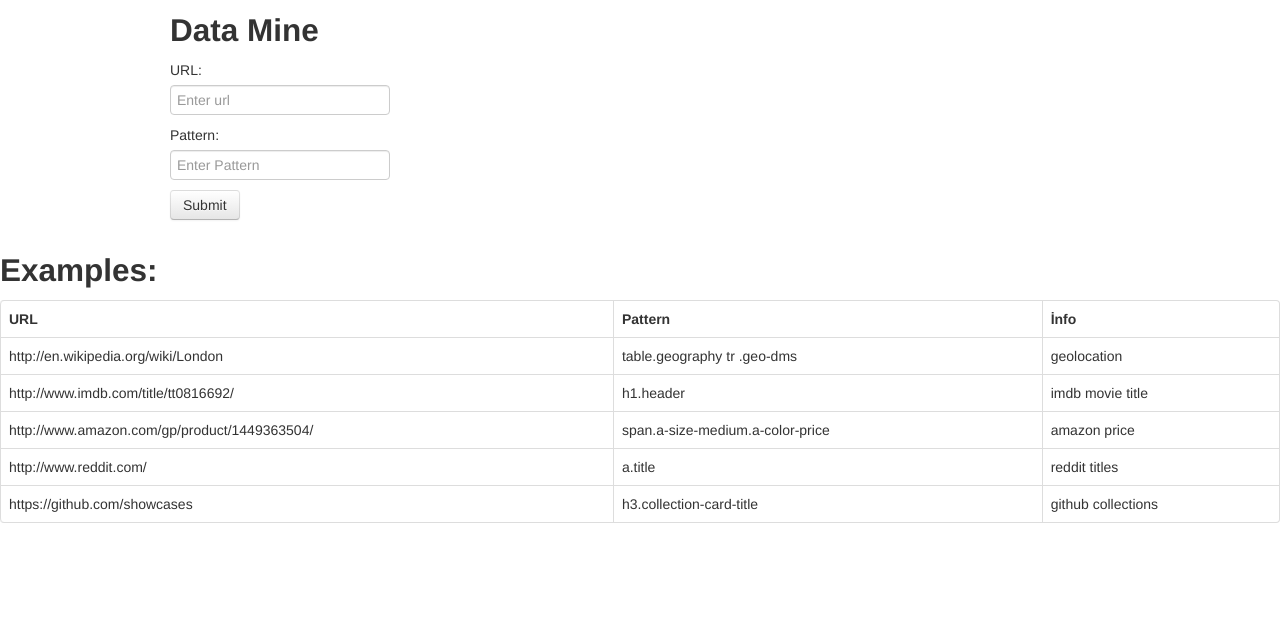
Repository: nerginer/datamine
Page: client/index.html
The author's editor kept a record of every edit. The page is drawn from the files as they stood at one moment, then again after the next edit.
The browser window is 1280 px wide. The pictures show the whole page.

Above is the page before.

After the next edit:
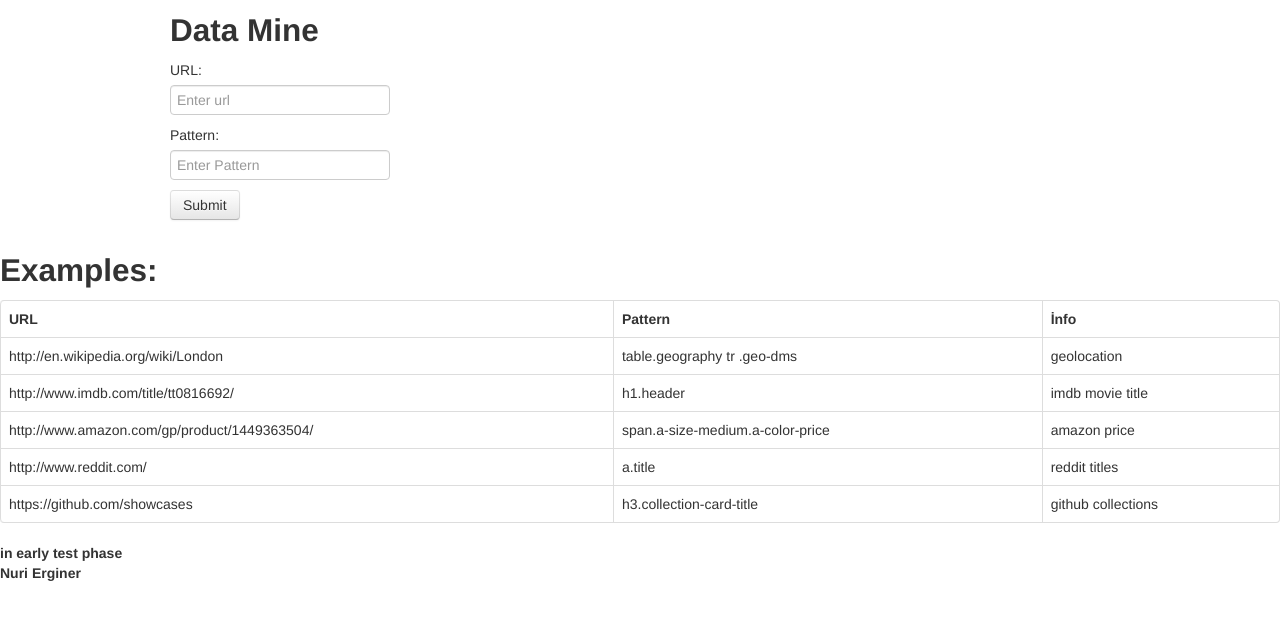
The edit:
--- a/client/index.html
+++ b/client/index.html
@@ -70,7 +70,8 @@
 </table>
 
 
-
+<h5>in early test phase <br>
+Nuri Erginer</h5>
 
 
 </body>
